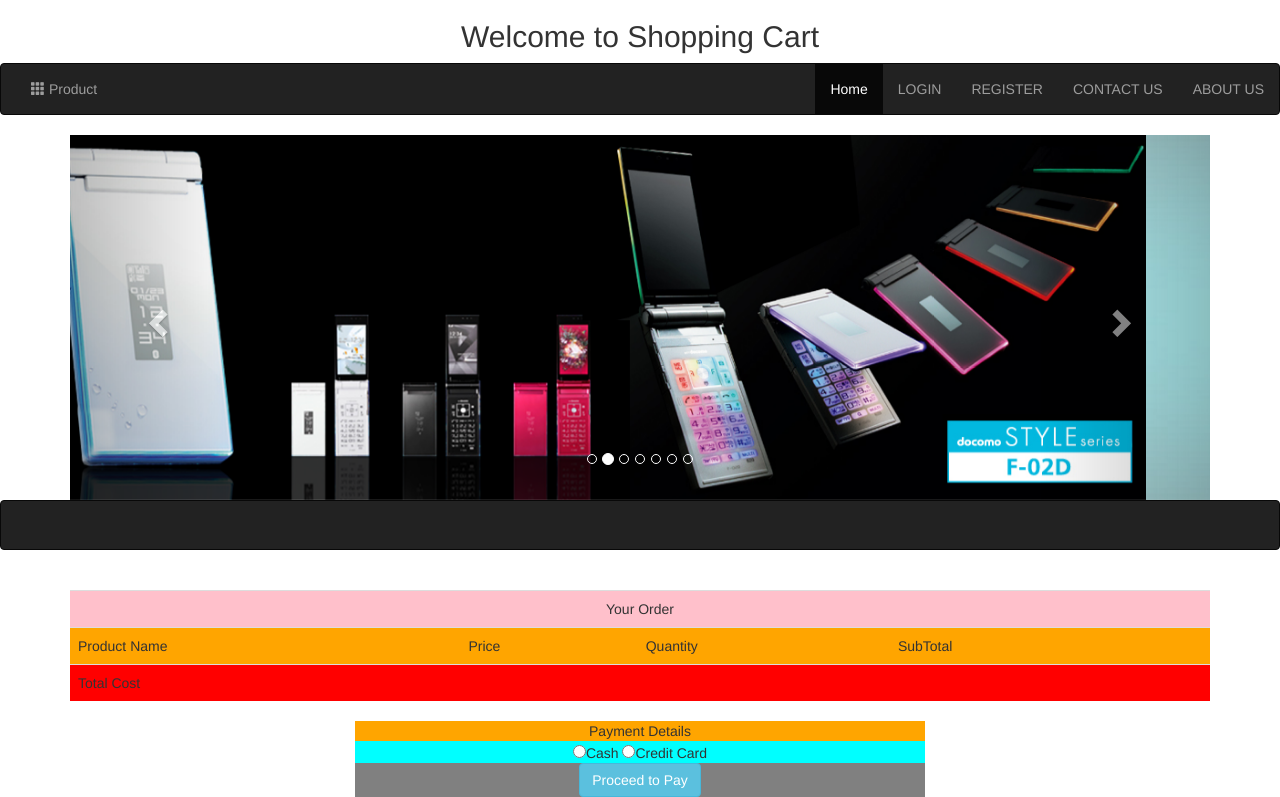
Repository: ashutosh238/S180403_404Shoppingcart
Page: http://localhost/ShoppingCartFrontEnd/WEB-INF/page/OrderConfirm.jsp
An editor plug-in stored every save of this project. The page is shown before and after the next save, followed by the edit.
The browser window is 1280 px wide. The pictures show the whole page.
The page is served by Tomcat 9. Nobody is signed in. Other server files are loaded and not shown. The template is opened directly, without the code that normally fills it, so the values that code supplies are empty.

Above is the page before, as saved 2018-06-05 08:14:50.

### ShoppingCartFrontEnd/src/main/webapp/WEB-INF/page/OrderConfirm.jsp
<%@include file="home.jsp" %>
<%@taglib uri="http://java.sun.com/jsp/jstl/core" prefix="c" %>

<div class="container">

<table align="center" class="table" >
	<tr bgcolor='pink'><td colspan='5'> <center>Your Order</center></td></tr>
	<tr bgcolor='orange'>
		<td>Product Name</td>
		<td>Price</td>
		<td>Quantity</td>
		<td>SubTotal</td>
		<td></td>
	</tr>

		<c:if test="${not empty listCartItems}">
		<c:forEach items="${listCartItems}" var="cartItem">
		<tr bgcolor='cyan'>
			<td>${cartItem.productName}</td>
			<td>${cartItem.price}</td>
			<td>${cartItem.quantity}</td>
			<td>${cartItem.price * cartItem.quantity}</td>
			<td><img src="<c:url value="/resources/${cartItem.productId}.jpg"/>" width="50" height="50"/></td>
		</tr>
		</c:forEach>
		</c:if>
		<tr bgcolor="red">
			<td colspan="3">Total Cost</td>
			<td>${totalCost}</td>
			<td colspan="2"></td>
		</tr>
</table>

<form action="paymentConfirmation" method="post">
<table align="center" width="50%">
	<tr bgcolor="orange"><td colspan="2"><center>Payment Details</center></td></tr>
	<tr bgcolor="cyan"><td colspan="2"><center><input type="radio" name="mode" value="CS">Cash
	<input type="radio" name="mode" value="CC">Credit Card</center></td></tr>
	<tr bgcolor="gray"><td colspan="2"><center><input type="submit" value="Proceed to Pay" class="btn btn-info"></center></td></tr>

</table>
</form>
</div>

### ShoppingCartFrontEnd/src/main/webapp/WEB-INF/page/home.jsp
<%@ page language="java" contentType="text/html; charset=ISO-8859-1"
	pageEncoding="ISO-8859-1"%>
<!DOCTYPE html PUBLIC "-//W3C//DTD HTML 4.01 Transitional//EN" "http://www.w3.org/TR/html4/loose.dtd">
<html>
<head>
<!-- need to use few tags like if, loops in this page. -->
<%@ taglib uri="http://java.sun.com/jsp/jstl/core" prefix="c"%>
<meta http-equiv="Content-Type" content="text/html; charset=ISO-8859-1">
<title>Insert title here</title>
<!-- external css -->
<link rel="stylesheet" type="text/css" href="resources/css/style.css">

</head>
<body>

${msg}


	<center>
		<h2 >Welcome to Shopping Cart</h2>
	</center>

	<!--  include login_header.jsp here -->
	<jsp:include page="login_header.jsp"></jsp:include>
	<jsp:include page="carousel.jsp"></jsp:include>
	<jsp:include page="category_menu.jsp"></jsp:include>
	<br>

	<%-- <jsp:include page="imageslider.jsp"></jsp:include> --%>

	<!-- when user click login, then only login.jsp
	should include...it means we need to write
	some condition. by using jstl tags -->

<div>
	<c:if test="${isUserClickedLogin==true}">
		<jsp:include page="login.jsp"></jsp:include>
	</c:if>

	<c:if test="${isUserClickedRegister==true}">
		<jsp:include page="register.jsp"></jsp:include>
	</c:if>

	<c:if test="${isAdmin==true}">
		<jsp:include page="admin/admin.jsp"></jsp:include>
	</c:if>

	<c:if test="${isUserClickedMyCart==true}">
		<jsp:include page="Cart.jsp"></jsp:include>
</c:if>


</div>
</body>
</html>

### ShoppingCartFrontEnd/src/main/webapp/WEB-INF/page/login_header.jsp
<%@ page language="java" contentType="text/html; charset=ISO-8859-1"
    pageEncoding="ISO-8859-1"%>
    <%@ taglib uri="http://java.sun.com/jsp/jstl/core" prefix="c" %>
<!DOCTYPE html>
<html lang="en">
<head>
  <title>Bootstrap Example</title>
  <meta charset="utf-8">
  <meta name="viewport" content="width=device-width, initial-scale=1">
  <link rel="stylesheet" href="https://maxcdn.bootstrapcdn.com/bootstrap/3.3.7/css/bootstrap.min.css">
  <script src="https://ajax.googleapis.com/ajax/libs/jquery/3.3.1/jquery.min.js"></script>
  <script src="https://maxcdn.bootstrapcdn.com/bootstrap/3.3.7/js/bootstrap.min.js"></script>
</head>
<body>

<nav class="navbar navbar-inverse">
  <div class="container-fluid">
     <ul class="nav navbar-nav navbar-left">
     <li><a href="productPage"><span class="glyphicon glyphicon-th"></span> Product</a></li>

     </ul>

    <ul class="nav navbar-nav navbar-right">
       <c:if test="${!sessionScope.loggedIn}">
      <li class="active"><a href="/">Home</a></li>
      <li><a href="login">LOGIN</a></li>
      <li><a href="register">REGISTER</a></li>
      <li><a href="contactus">CONTACT US</a></li>
      <li><a href="aboutus">ABOUT US</a></li>
      </c:if>
      <c:if test="${sessionScope.loggedIn}">
      	<c:if test="${sessionScope.role=='A'}">
      		<li><a href="#">Home</a></li>
      		<li><a href="product">MANAGE PRODUCT</a></li>
      	</c:if>
      	<c:if test="${sessionScope.role=='C'}">
      		<li><a href="#">Home</a></li>
      		<li><a href="<c:url value="/productPage"/>">Products</a></li>
      	</c:if>
      </c:if>

    </ul>
     <div class="nav nav-bar navbar-right">
    	<c:if test="${sessionScope.loggedIn}">
    	<a href="<c:url value="/showCart"/>">
          <span class="glyphicon glyphicon-shopping-cart"></span>
        </a>
    	<font color="White" face="calibri" size='3'>${CartItems}&nbsp;Welcome ${sessionScope.username}</font>
    	<a href="perform_logout">LOGOUT</a>
    	</c:if>
    </div>
  </div>
</nav>


</body>
</html>

### ShoppingCartFrontEnd/src/main/webapp/WEB-INF/page/carousel.jsp
<!DOCTYPE html>
<html lang="en">
<head>
  <title>Bootstrap Example</title>
  <meta charset="utf-8">
  <meta name="viewport" content="width=device-width, initial-scale=1">
  <link rel="stylesheet" href="https://maxcdn.bootstrapcdn.com/bootstrap/3.3.7/css/bootstrap.min.css">
  <script src="https://ajax.googleapis.com/ajax/libs/jquery/3.3.1/jquery.min.js"></script>
  <script src="https://maxcdn.bootstrapcdn.com/bootstrap/3.3.7/js/bootstrap.min.js"></script>
</head>
<body>

<div class="container">

  <div id="myCarousel" class="carousel slide" data-ride="carousel">
    <!-- Indicators -->
    <ol class="carousel-indicators">
      <li data-target="#myCarousel" data-slide-to="0" class="active"></li>
      <li data-target="#myCarousel" data-slide-to="1"></li>
      <li data-target="#myCarousel" data-slide-to="2"></li>
      <li data-target="#myCarousel" data-slide-to="3"></li>
      <li data-target="#myCarousel" data-slide-to="4"></li>
      <li data-target="#myCarousel" data-slide-to="5"></li>
      <li data-target="#myCarousel" data-slide-to="6"></li>
    </ol>

    <!-- Wrapper for slides -->
    <div class="carousel-inner">
      <div class="item active">
      <a href="productPage">
        <img src="resources/images/R12.png" alt="mobile" style="width:100%;">
      </a>
      </div>
      <div class="item">
      <a href="productPage">
        <img src="resources/images/12.jpg" alt="cart" style="width:100%;"></a>
      </div>

      <div class="item">
      <a href="productPage">
        <img src="resources/images/s12.jpg" alt="shoe" style="width:100%;"></a>
      </div>
       <div class="item">
       <a href="productPage">
        <img src="resources/images/fashion.jpg" alt="clothes" style="width:100%;"></a>
      </div>
       <div class="item">
       <a href="productPage">
        <img src="resources/images/card.png" alt="card" style="width:100%;"></a>
      </div>
       <div class="item">
       <a href="productPage">
        <img src="resources/images/ele.jpg" alt="laptop" style="width:100%;"></a>
      </div>

       <div class="item">
       <a href="productPage">
        <img src="resources/images/t.jpg" alt="clothes" style="width:100%;">
      </a>
      </div>
    </div>

    <!-- Left and right controls -->
    <a class="left carousel-control" href="#myCarousel" data-slide="prev">
      <span class="glyphicon glyphicon-chevron-left"></span>
      <span class="sr-only">Previous</span>
    </a>
    <a class="right carousel-control" href="#myCarousel" data-slide="next">
      <span class="glyphicon glyphicon-chevron-right"></span>
      <span class="sr-only">Next</span>
    </a>
  </div>
</div>

</body>
</html>

### ShoppingCartFrontEnd/src/main/webapp/WEB-INF/page/category_menu.jsp
<%@ page language="java" contentType="text/html; charset=ISO-8859-1"
    pageEncoding="ISO-8859-1"%>
<!DOCTYPE html PUBLIC "-//W3C//DTD HTML 4.01 Transitional//EN" "http://www.w3.org/TR/html4/loose.dtd">
<html>
<head>
<%@ taglib uri="http://java.sun.com/jsp/jstl/core" prefix="c"%>
<meta http-equiv="Content-Type" content="text/html; charset=ISO-8859-1">
 <meta charset="utf-8">
  <meta name="viewport" content="width=device-width, initial-scale=1">
  <link rel="stylesheet" href="https://maxcdn.bootstrapcdn.com/bootstrap/3.3.7/css/bootstrap.min.css">
  <script src="https://ajax.googleapis.com/ajax/libs/jquery/3.3.1/jquery.min.js"></script>
  <script src="https://maxcdn.bootstrapcdn.com/bootstrap/3.3.7/js/bootstrap.min.js"></script>
</head>
</head>
<body>


<nav class="navbar navbar-inverse">


 <div class="container-fluid">
     <c:forEach var="category" items="${categories}">
    <ul class="nav navbar-nav">

      <li class="dropdown"><a class="dropdown-toggle" data-toggle="dropdown" href="#">${category.name}  <span class="caret"></span></a>
        <ul class="dropdown-menu">
        <li> <c:forEach var="product" items="${category.products}">
					<div class="dropdown-content">
						<a href="productDesc/${product.id}">${product.name}</a>

					</div>


</c:forEach>
</li>
        </ul>
      </li>
    </ul>

  </c:forEach>
  </div>
</nav>


</body>
</html>

### ShoppingCartFrontEnd/src/main/webapp/resources/css/style.css
@charset "ISO-8859-1";


.headerbackground{

	background-image: url("../images/bodybackground.PNG");
}

.bodybackground{
	background-image: url("../images/headerbackground.PNG");
	background-size: 100%;
}

After the next save:
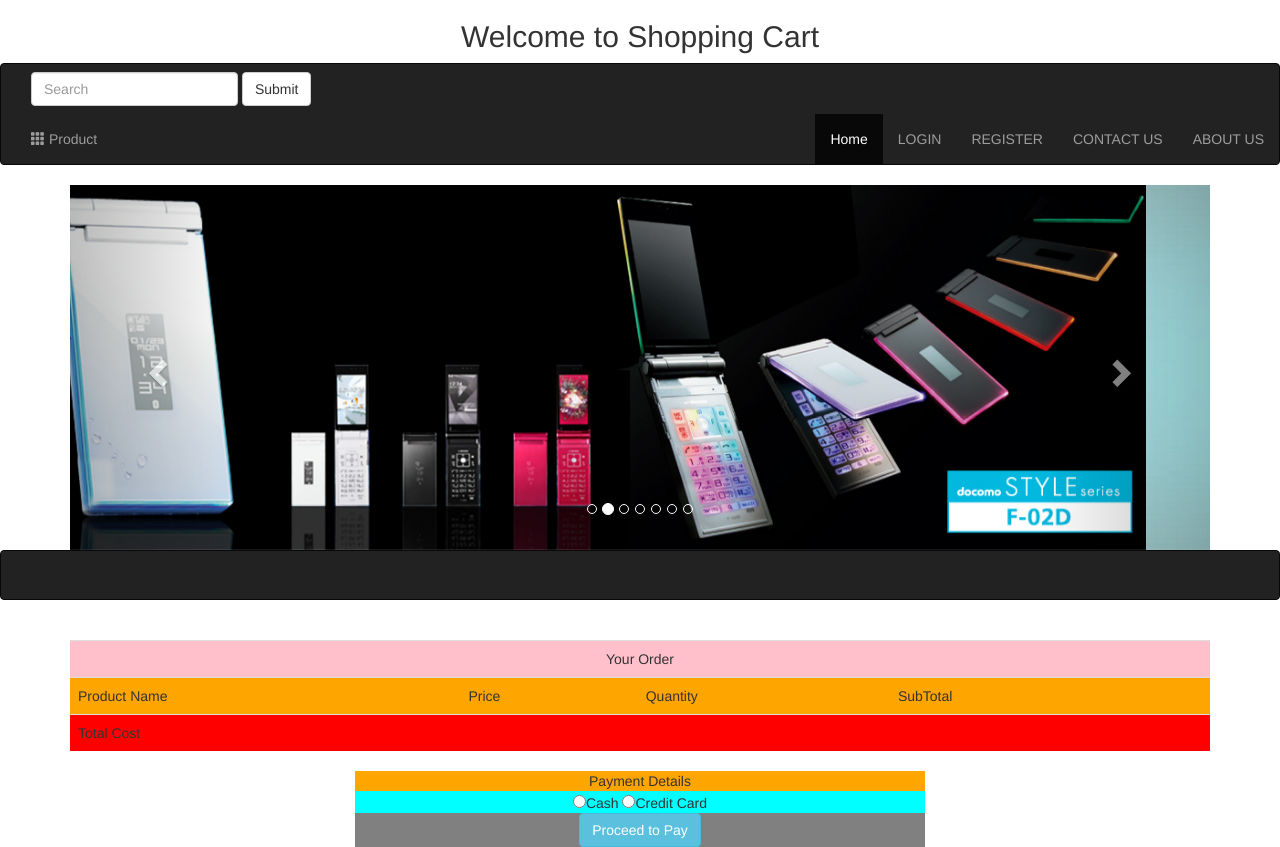
Saved 21 h 0 min later.
--- a/ShoppingCartFrontEnd/src/main/webapp/WEB-INF/page/login_header.jsp
+++ b/ShoppingCartFrontEnd/src/main/webapp/WEB-INF/page/login_header.jsp
@@ -14,6 +14,29 @@
 <body>
 
 <nav class="navbar navbar-inverse">
+
+ <div class="container-fluid">
+
+
+
+
+
+    <form class="navbar-form navbar-left" action="/action_page.php">
+
+      <div class="form-group">
+
+        <input type="text" class="form-control" placeholder="Search" name="search">
+
+      </div>
+
+      <button type="submit" class="btn btn-default">Submit</button>
+
+    </form>
+
+  </div>
+
+
+
   <div class="container-fluid">
      <ul class="nav navbar-nav navbar-left">
      <li><a href="productPage"><span class="glyphicon glyphicon-th"></span> Product</a></li>

After the save that followed:
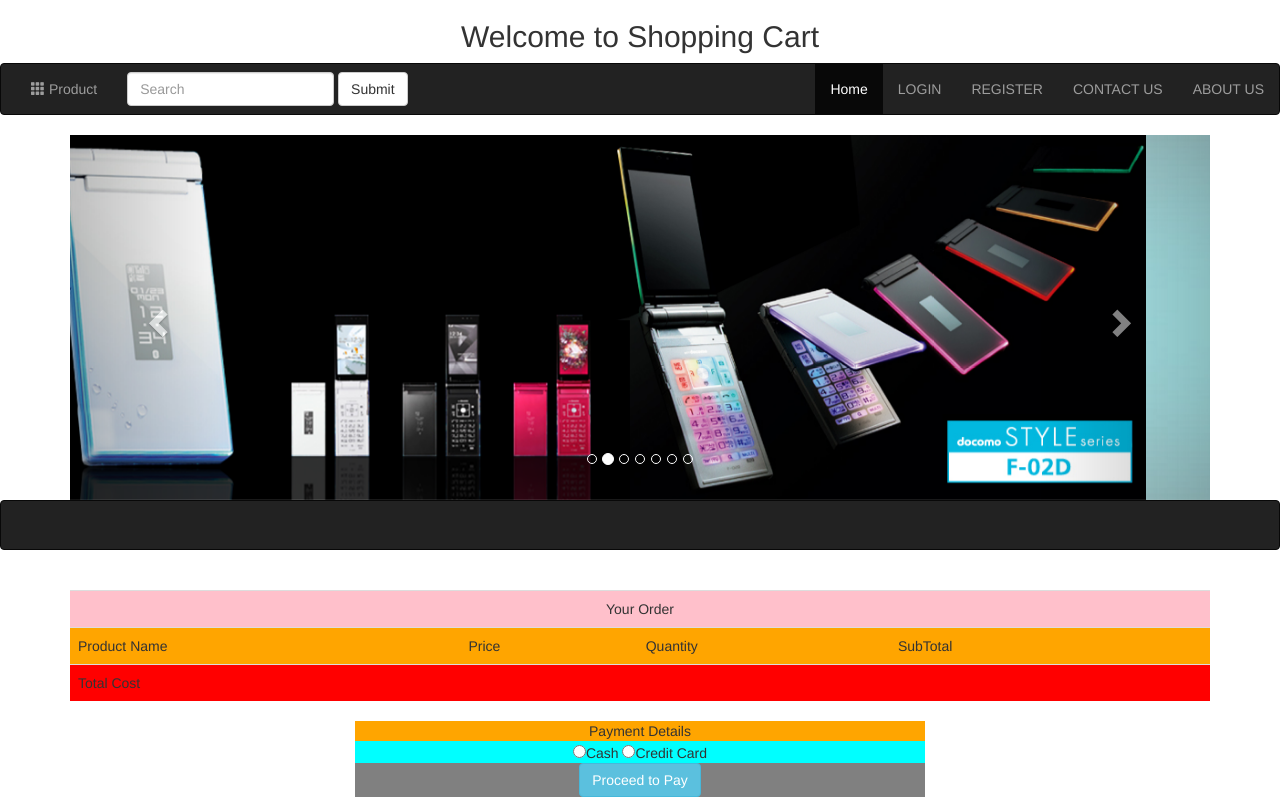
Saved 4 min 22 s later.
--- a/ShoppingCartFrontEnd/src/main/webapp/WEB-INF/page/login_header.jsp
+++ b/ShoppingCartFrontEnd/src/main/webapp/WEB-INF/page/login_header.jsp
@@ -15,13 +15,14 @@
 
 <nav class="navbar navbar-inverse">
 
- <div class="container-fluid">
 
 
+  <div class="container-fluid">
 
+     <ul class="nav navbar-nav navbar-left">
+     <li><a href="productPage"><span class="glyphicon glyphicon-th"></span> Product</a></li>
 
-
-    <form class="navbar-form navbar-left" action="/action_page.php">
+  <form class="navbar-form navbar-left" action="/action_page.php">
 
       <div class="form-group">
 
@@ -32,15 +33,6 @@
       <button type="submit" class="btn btn-default">Submit</button>
 
     </form>
-
-  </div>
-
-
-
-  <div class="container-fluid">
-     <ul class="nav navbar-nav navbar-left">
-     <li><a href="productPage"><span class="glyphicon glyphicon-th"></span> Product</a></li>
-
      </ul>
 
     <ul class="nav navbar-nav navbar-right">
